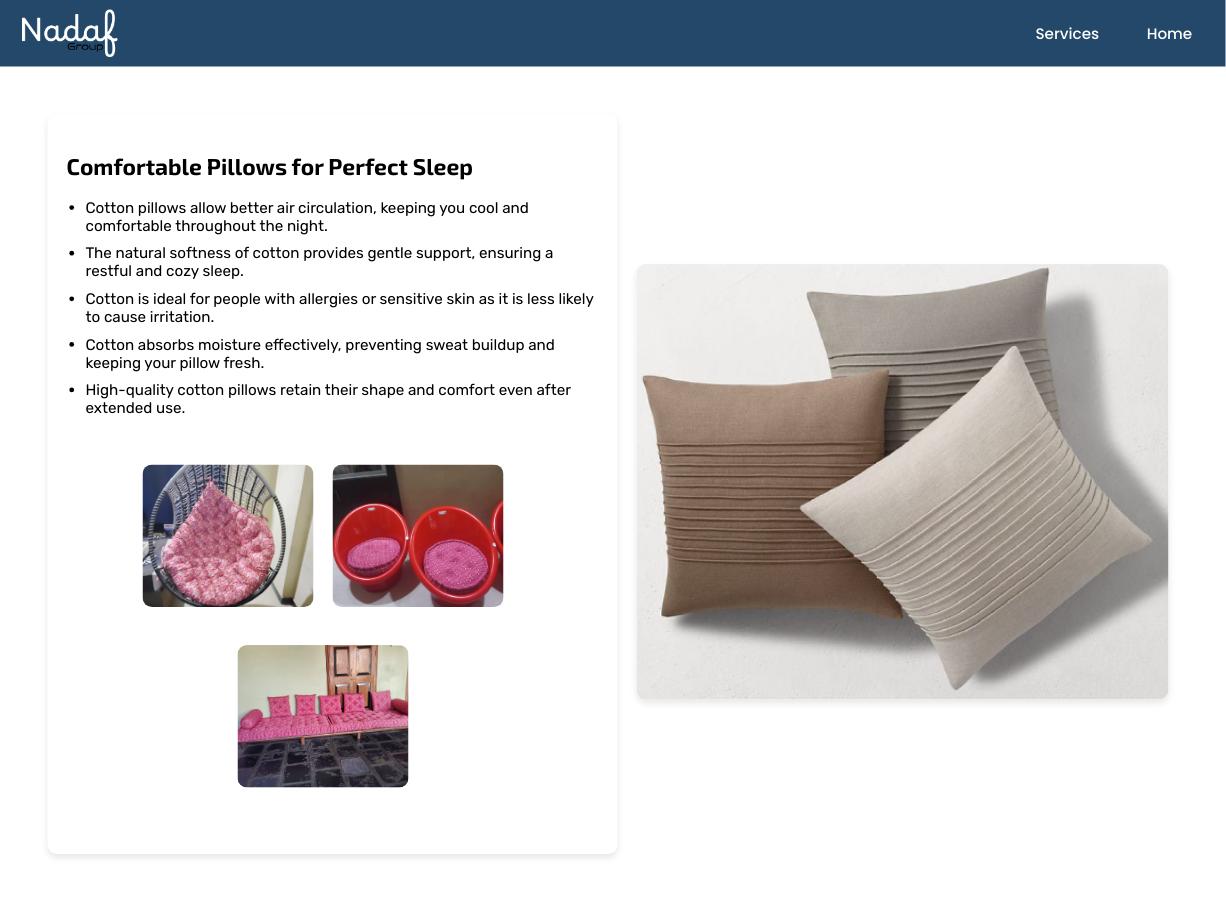
Repository: nadafgroup/rashidgadiUI
Page: src/pillow.html
The author's editor kept a copy of each file at every save. The page is drawn from the files as they stood at one save, then again after the next save.
The browser window is 1280 px wide. The page is 1290 px wide, so the pictures cover 1290 px, including what lies to the right of the window. The pictures show the whole page, at 95% of full size.

Above is the page before, as saved 2025-01-30 18:08:48.

After the next save:
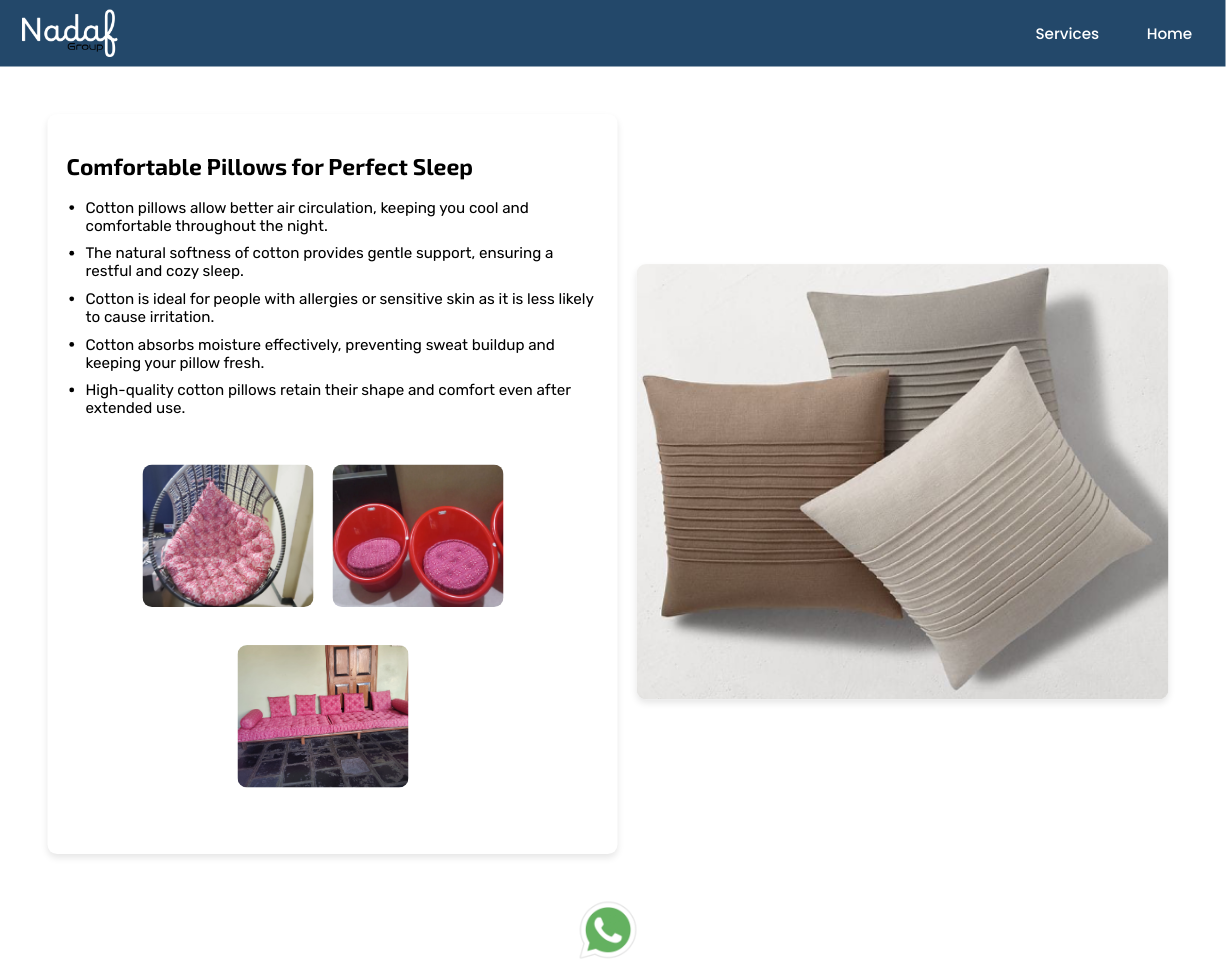
Saved 61 s later.
--- a/src/pillow.html
+++ b/src/pillow.html
@@ -55,7 +55,12 @@
             <img src="../assets/img/pillow.webp" alt="Mattress" >
         </div>
     </div>
-
+    <!-- WhatsApp Icon -->
+    <div class="whatsapp-icon" id="whatsapp-icon">
+        <a href="https://wa.me/+919970760160" target="_blank">
+            <img src="../assets/img/whatsapp (5).webp" alt="WhatsApp" style="width: 60px; height: auto;">
+        </a>
+    </div>
 
 </body>
 </html>
